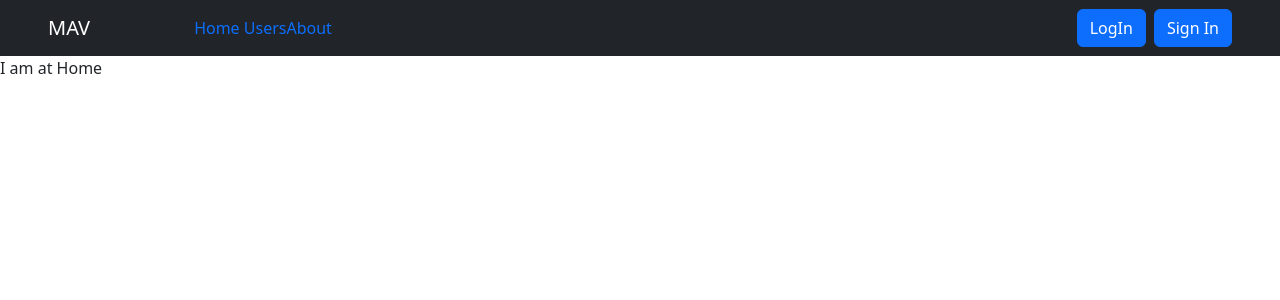
Repository: Dekabrist94/Bootstrap-First-Page
Page: /
These files come from the project's save history. The page is drawn as it stood at one moment and after the next save; the edit follows.
The browser window is 1280 px wide. The pictures show the whole page.
The project was rebuilt for these pictures with package versions that can differ from the ones it lists, and the page was loaded fresh each time. Also part of the build but not shown: src/components/Users.js, src/components/About.js.

Above is the page before, as saved 2023-04-14 12:11:00.

After the next save:
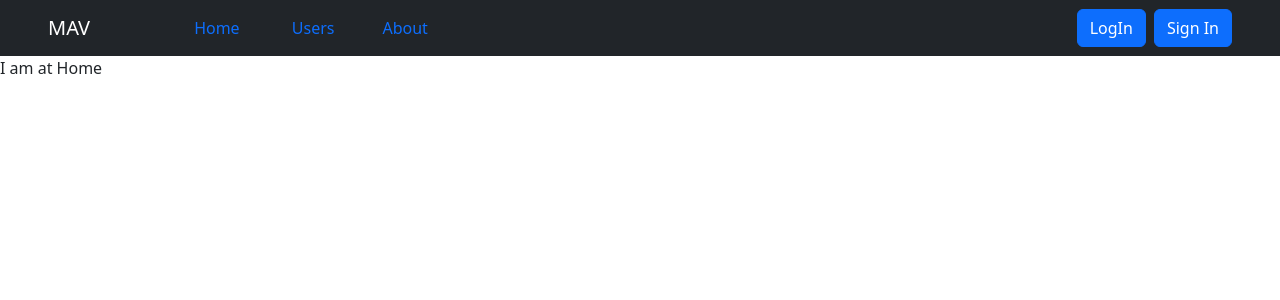
Saved 11 s later.
--- a/src/components/Navibar.js
+++ b/src/components/Navibar.js
@@ -15,11 +15,11 @@ export const Navibar = () => {
               <Link className="ms-5 text-decoration-none" to="/">
                 Home
               </Link>
-              <Link className="text-decoration-none" to="/users">
+              <Link className="ms-5 text-decoration-none" to="/users">
                 {' '}
                 Users
               </Link>
-              <Link className="text-decoration-none" to="/about">
+              <Link className="ms-5  text-decoration-none" to="/about">
                 About
               </Link>{' '}
             </Nav.Link>
